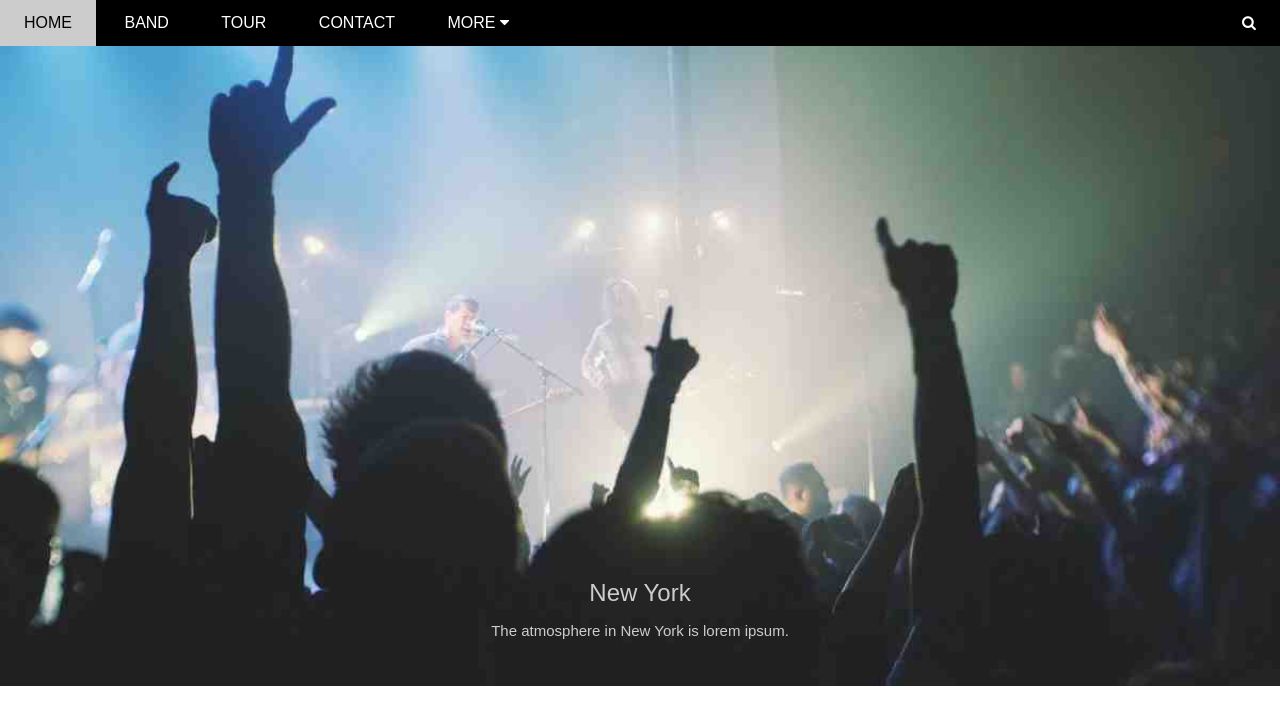
Repository: nguyenhoang2002062929/band
Page: index.html
The author's editor kept a copy of each file at every save. The page is drawn from the files as they stood at one save, then again after the next save.
The browser window is 1280 px wide. The pictures show the whole page.

Above is the page before, as saved 2023-06-04 14:18:51.

### index.html
<!DOCTYPE html>
<html lang="en">
<head>
    <meta charset="UTF-8">
    <meta http-equiv="X-UA-Compatible" content="IE=edge">
    <meta name="viewport" content="width=device-width, initial-scale=1.0">
    <title>Bank music   </title>
    <link rel="stylesheet" href="assets/css/style.css">
    <link rel="stylesheet" href="https://cdnjs.cloudflare.com/ajax/libs/font-awesome/4.7.0/css/font-awesome.min.css">
</head>
<body>
    <div class="main">
        <div class="header">
            <ul class="nav">
                <li><a href="">HOME</a></li>
                <li><a href="">BAND</a></li>
                <li><a href="">TOUR</a></li>
                <li><a href="">CONTACT</a></li>
                <li>
                    <a href="" >MORE <i class="fa fa-caret-down"></i></a>
                    <ul class="subnav">
                        <li><a href="">Merchandise</a></li>
                        <li><a href="">Extras</a></li>
                        <li><a href="">Media</a></li>
                    </ul>
                </li>
            </ul>

            <div class="search">
                <a href=""><i class="fa fa-search"></i></a>
            </div>


        </div>

        <div class="slider">
            <div class="text-content">
                <h2 class="text-heading">New York</h2>
                <p class="text-description">The atmosphere in New York is lorem ipsum.</p>
            </div>
        </div>

        <div class="content">

        </div>

        <div class="footer">

        </div>
    </div>
</body>
</html>

### assets/css/style.css
*{
    margin: 0;
    padding: 0;
    box-sizing: border-box;
}
html{
    font-family: Arial, Helvetica, sans-serif;
}
.header{
    z-index: 1;
    position: fixed;
    height: 46px;
    background-color: #000;
    top: 0;
    left: 0;
    right: 0;
}
.header .nav {
    display: inline-block;
   line-height: 46px;
}
.header .nav > li > a{
    text-decoration: none;
    padding: 0px 24px;
    color: #fff;
}
.header .nav > li{
    display: inline-block;
    position: relative;
}
.header .nav > li:hover > a{
    display: block;
    color: #000;
    background-color: #ccc;
}
.header .nav .subnav{
    position: absolute;
    display: none;
    background-color: #fff;
    box-shadow: 0 0 10px rgba(0, 0, 0, 0.3) ;
}
.subnav li{
      min-width: 160px;
      list-style-type: none;
}
.nav > li:hover > .subnav{
    display: block;
}
.subnav li:hover a{
    color: #000;
    background-color: #ccc;
}
.subnav a{
    display: block;
    text-decoration: none;
    color: #000;
    padding: 0px 24px;
}
.search{
float: right;
padding: 0 24px;
line-height: 46px;
cursor: pointer;
}
.search a{
    color: rgb(255, 255, 255);
    font-size: 15px;
}
.search:hover{
    color: rgb(255, 255, 255);
    background-color: #f44336!important;
}

.slider{
    position: relative;
    margin-top: 46px;
    padding-top: 50%;
    background: url('../img/slider/slider2.jpg') center top / cover no-repeat;
}
.slider .text-content{
    position: absolute;
    color: #ccc;
    bottom: 0;
    left: 50%;
    transform: translateX(-50%);
    text-align: center;
    padding: 32px 16px;
}
.text-content .text-heading{
    font-size: 24px;
    margin-top: 10px;
    font-weight: 200;
}
.text-content .text-description{
    font-size: 15px;
    margin: 15px 0;
}

After the next save:
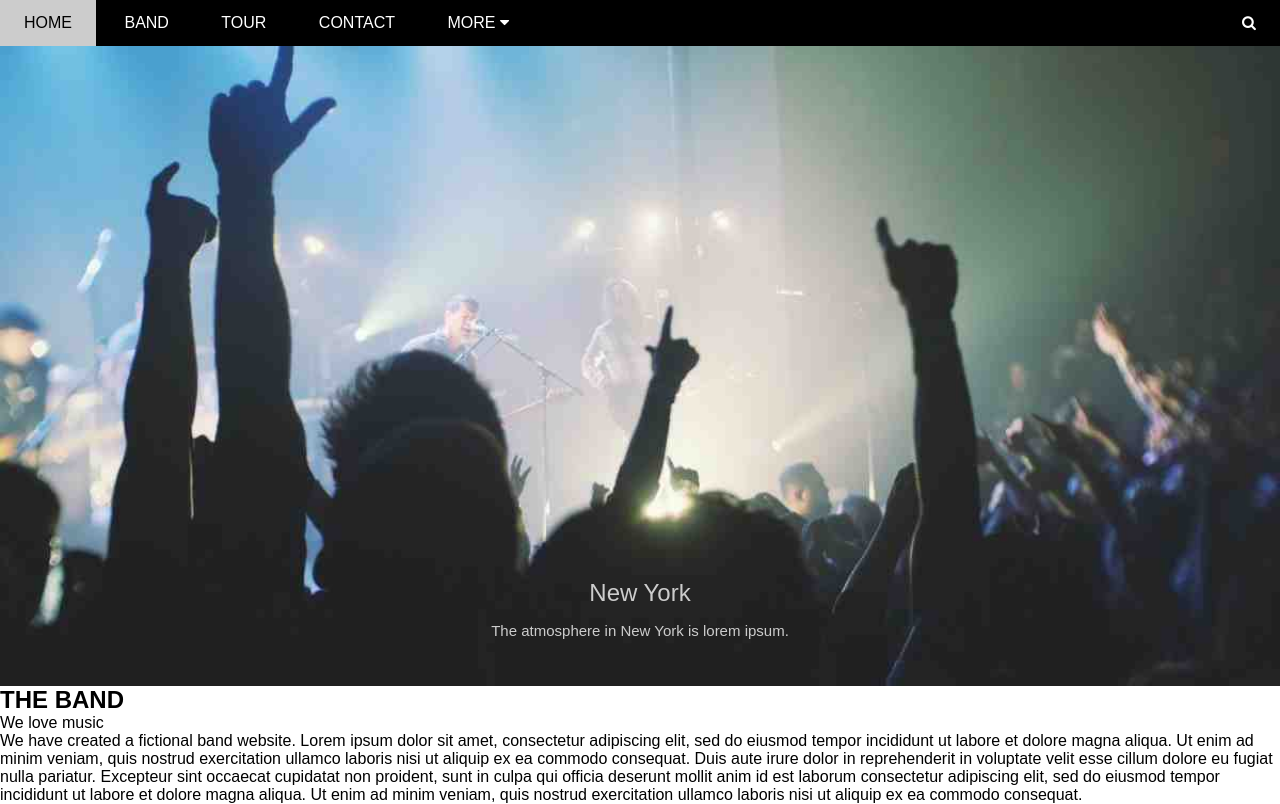
Saved 20 min 35 s later.
--- a/index.html
+++ b/index.html
@@ -29,8 +29,6 @@
             <div class="search">
                 <a href=""><i class="fa fa-search"></i></a>
             </div>
-
-
         </div>
 
         <div class="slider">
@@ -41,6 +39,12 @@
         </div>
 
         <div class="content">
+            <div class="content-section">
+                <h2 class="section-heading">THE BAND</h2>
+                <p class="section-sub-heading">We love music</p>
+                <p class="section-text">We have created a fictional band website. Lorem ipsum dolor sit amet, consectetur adipiscing elit, sed do eiusmod tempor incididunt ut labore et dolore magna aliqua. Ut enim ad minim veniam, quis nostrud exercitation ullamco laboris nisi ut aliquip ex ea commodo consequat. Duis aute irure dolor in reprehenderit in voluptate velit esse cillum dolore eu fugiat nulla pariatur. Excepteur sint occaecat cupidatat non proident, sunt in culpa qui officia deserunt mollit anim id est laborum consectetur adipiscing elit, sed do eiusmod tempor incididunt ut labore et dolore magna aliqua. Ut enim ad minim veniam, quis nostrud exercitation ullamco laboris nisi ut aliquip ex ea commodo consequat.</p>
+
+            </div>
 
         </div>
 
